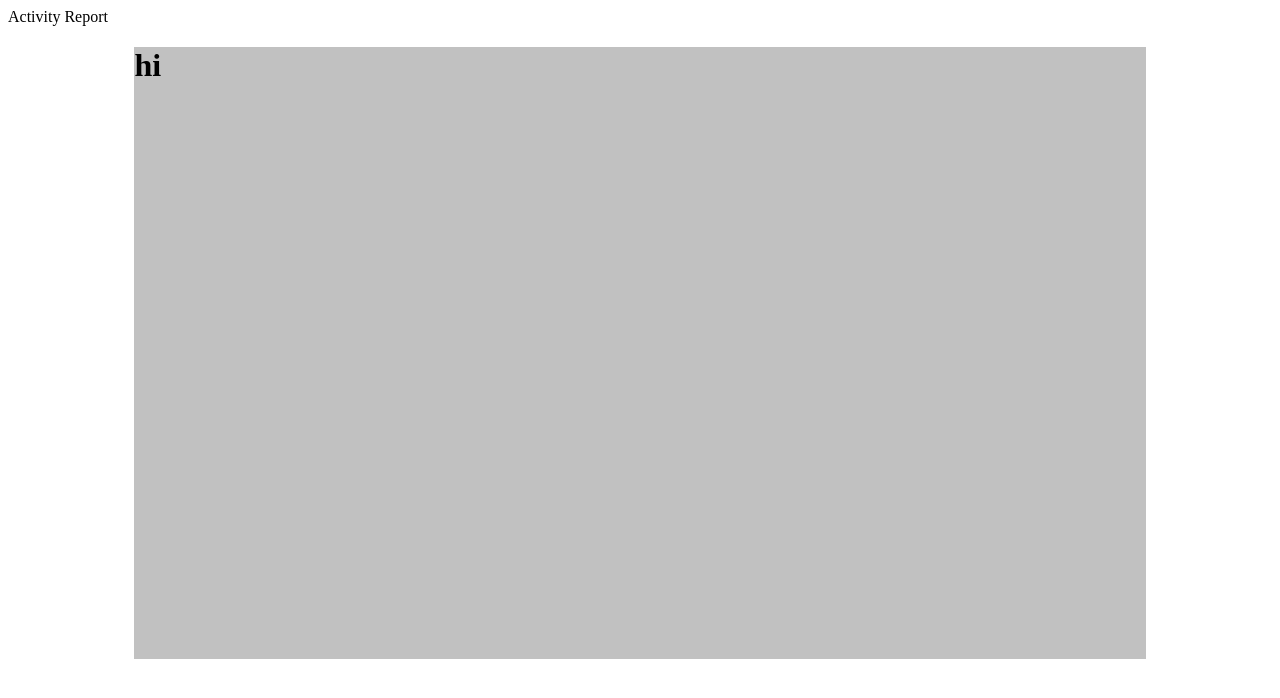
Repository: Rammjay/vimala-activity-report
Page: http://localhost/
An editor plug-in stored every save of this project. The page is shown before and after the next save, followed by the edit.
The browser window is 1280 px wide. The pictures show the whole page.
The page is served by the project's application, run on Django 5.2 (report/manage.py). Other server files are loaded and not shown.

Above is the page before, as saved 2024-09-22 11:05:56.

### vim/report/reports/templates/1.html
<html>
    <head>
        Activity Report
    <style>
        .container {
            max-width: 80%;
            margin: auto;
            height: 85vh;
            background-color: rgb(193, 193, 193);
        }

        .navbar a {
            color: white;
            text-decoration: none;
            padding: 15px;
            display: block;
            font-family: Cambria, Cochin, Georgia, Times, 'Times New Roman', serif;
            text-align: center;
        }
        .navbar a:hover {
            background-color: rgb(101, 101, 101);
        }
        .navbar li {
            flex-grow: 1;
        }

    </style>
    </head>
    <body>
        <div class="container">
            <div class="header">

            </div>
            <h1>hi</h1>
        </div>
    </body>
</html>

### vim/report/report/views.py
from django.shortcuts import render, redirect
from django.core.exceptions import ValidationError
from reports.models import Table
import uuid
from django.http import HttpResponseRedirect


def main(request):

    return render(request, '1.html')

### vim/report/report/urls.py
"""
URL configuration for report project.

The `urlpatterns` list routes URLs to views. For more information please see:
    https://docs.djangoproject.com/en/5.1/topics/http/urls/
Examples:
Function views
    1. Add an import:  from my_app import views
    2. Add a URL to urlpatterns:  path('', views.home, name='home')
Class-based views
    1. Add an import:  from other_app.views import Home
    2. Add a URL to urlpatterns:  path('', Home.as_view(), name='home')
Including another URLconf
    1. Import the include() function: from django.urls import include, path
    2. Add a URL to urlpatterns:  path('blog/', include('blog.urls'))
"""
from django.contrib import admin
from django.urls import path
from . import views

urlpatterns = [
    path('admin/', admin.site.urls),
    path('',views.main, name="main"),
]

After the next save:
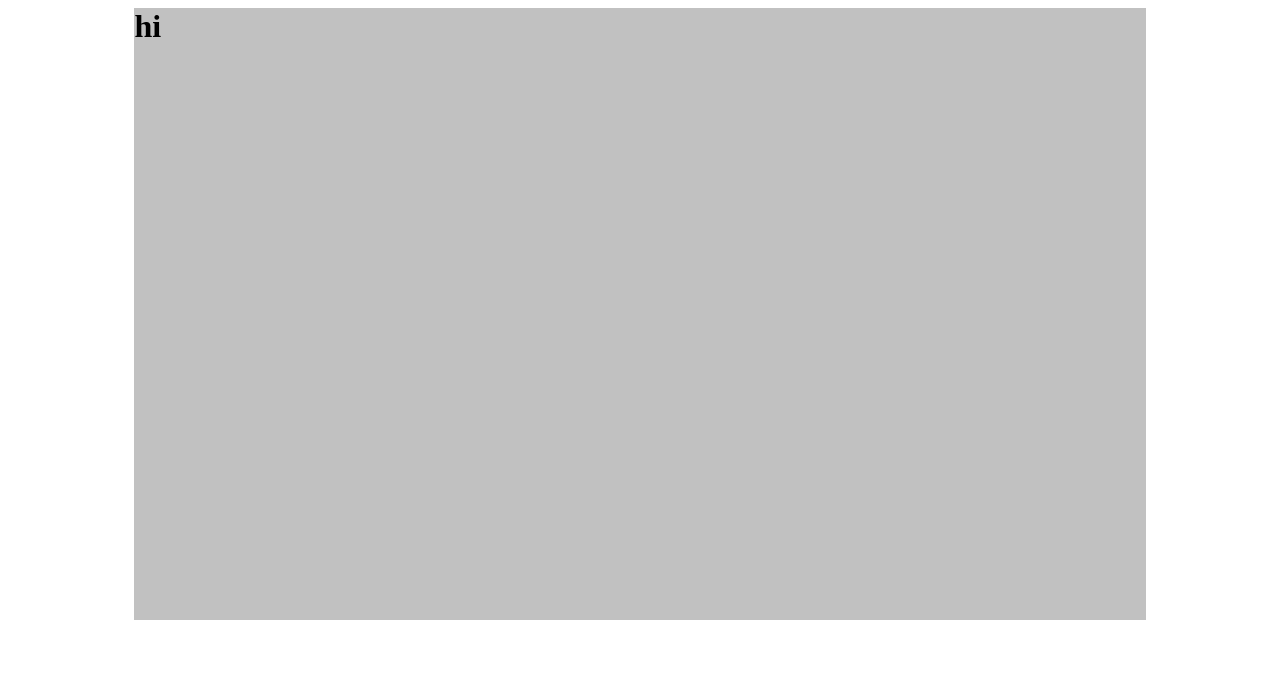
Saved 6 min 35 s later.
--- a/vim/report/reports/templates/1.html
+++ b/vim/report/reports/templates/1.html
@@ -1,6 +1,6 @@
 <html>
     <head>
-        Activity Report
+
     <style>
         .container {
             max-width: 80%;
